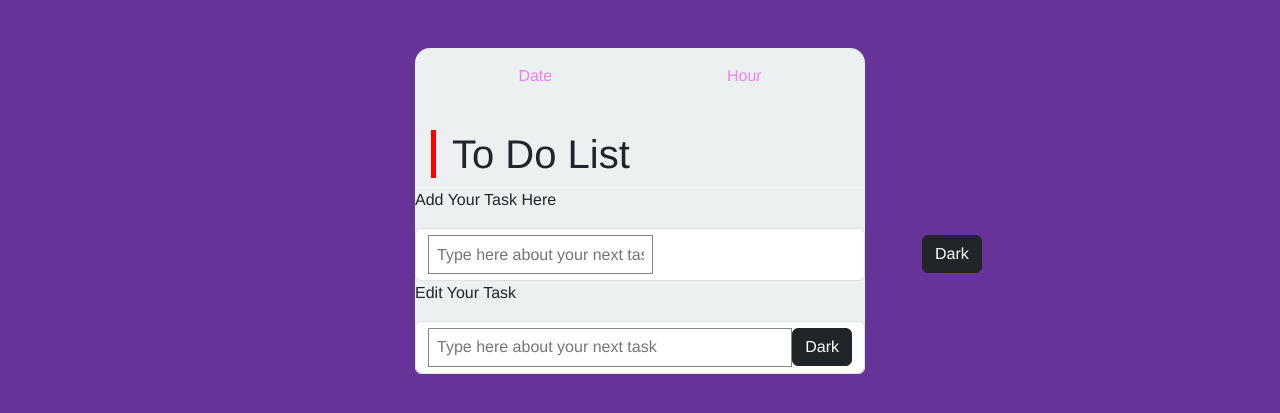
Repository: Passionblaz/TODO
Page: TODO/Untitled-1.html
The author's editor kept a copy of each file at every save. The page is drawn from the files as they stood at one save, then again after a run of saves.
The browser window is 1280 px wide. The pictures show the whole page.

Above is the page before, as saved 2023-07-14 14:09:28.

After the next 4 saves:
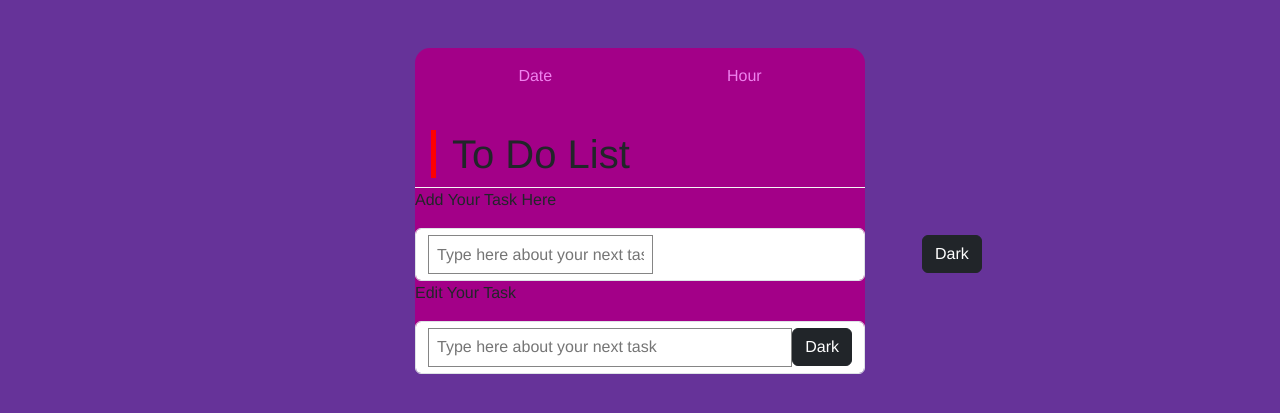
The 4 saves are shown as one change because they came seconds apart.
The last was saved 33 s later.
--- a/TODO/todostyles.css
+++ b/TODO/todostyles.css
@@ -55,7 +55,7 @@ input {
   display: none;
 }
 .todo-container {
-  background-color: #ecf0f1;
+  background-color: #a30088;
   border-radius: 15px;
   width: 450px;
   margin: 3rem auto;
